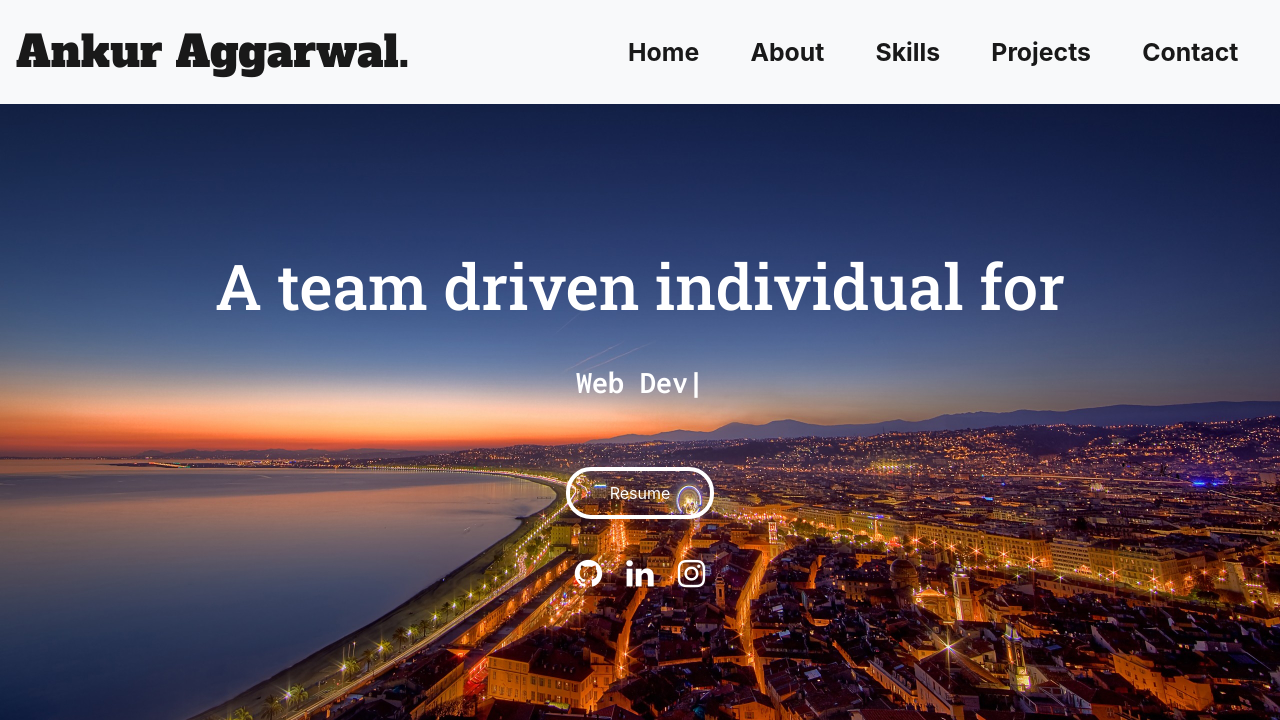
Repository: AnkurDevv/PersonalWebsite
Page: index.html
The author's editor kept a copy of each file at every save. The page is drawn from the files as they stood at one save, then again after the next save.
The browser window is 1280 px wide. The pictures show the whole page.
Some web fonts or font styles are not loaded; a fallback is used.

Above is the page before, as saved 2020-09-13 16:14:01.

### index.html
<!DOCTYPE html>
<html>

<head>
  <meta charset="utf-8">
  <meta http-equiv="X-UA-Compatible" content="IE=edge">
  <title>Ankur Aggarwal</title>
  <meta name="description" content="">
  <meta name="viewport" content="width=device-width, initial-scale=1">
  <!-- FONT AWESOME FOR SOCIAL MEDIA ICONS -->
  <link rel="stylesheet" href="https://cdnjs.cloudflare.com/ajax/libs/font-awesome/4.7.0/css/font-awesome.min.css">
  <!-- Importing Bootstrap here -->
  <link rel="stylesheet" href="https://stackpath.bootstrapcdn.com/bootstrap/4.4.1/css/bootstrap.min.css"
    integrity="sha384-Vkoo8x4CGsO3+Hhxv8T/Q5PaXtkKtu6ug5TOeNV6gBiFeWPGFN9MuhOf23Q9Ifjh" crossorigin="anonymous">
  <!--CUSTOM CSS FOR THE PAGE  -->
  <link rel="stylesheet" href="./style/index.css">
  <!-- FOR COOL ANIMATION EFFECTS -->
  <link rel="stylesheet" href="./style/animate.css">
  <!-- FOR COOL TYPING EFFECTS -->
  <script src="https://cdn.jsdelivr.net/npm/typed.js@2.0.11"></script>
  <!-- FOR GOOGLE FONTS - START -->
  <!-- for main heading -->
  <link
    href="https://fonts.googleapis.com/css2?family=Merienda:wght@700&family=Pacifico&family=Roboto&family=Roboto+Slab:wght@500&display=swap"
    rel="stylesheet">
  <!-- For Sub heading -->
  <link
    href="https://fonts.googleapis.com/css2?family=Inconsolata:wght@700&family=Merienda:wght@700&family=Pacifico&family=Roboto&family=Roboto+Slab:wght@500&display=swap"
    rel="stylesheet">
  <!-- For Navbar Logo -->
  <link href="https://fonts.googleapis.com/css2?family=Alfa+Slab+One&display=swap" rel="stylesheet">
  <!-- FOR GOOGLE FONTS - END -->
</head>

<body>
  <header>
    <nav class="navbar navbar-expand-lg navbar-light bg-light">
      <a class="navbar-brand" id="Brand-logo">Ankur Aggarwal.</a>
      <button class="navbar-toggler" type="button" data-toggle="collapse" data-target="#navbarNav"
        aria-controls="navbarNav" aria-expanded="false" aria-label="Toggle navigation">
        <span class="navbar-toggler-icon"></span>
      </button>
      <div class="collapse navbar-collapse" id="navbarNav">
        <ul class="navbar-nav">
          <li class="nav-item active">
            <a class="nav-link" href="#">Home</a>
          </li>
          <li class="nav-item active">
            <a class="nav-link" href="#">About</a>
          </li>
          <!-- <li class="nav-item active">
            <a class="nav-link" href="#">Why Me?</a>
          </li> -->
          <li class="nav-item active">
            <a class="nav-link" href="#">Skills</a>
          </li>
          <li class="nav-item active">
            <a class="nav-link" href="#">Projects</a>
          </li>
          <li class="nav-item active">
            <a class="nav-link" href="#">Contact</a>
          </li>
        </ul>
      </div>
    </nav>


    <!-- FIRST IMPRESSION SECTION - START -->
    <section class="first-impression-section">
      <div class="row first-impression-row">
        <h1 class="text-center animated fadeInDown" id="MainNameHeading">A team driven individual for
        </h1>
      </div>
      <div class="row">
        <h3 id="MainSubHeading">
          <span id="typed" style="white-space:pre;"></span>
          <!-- <span class="typed-cursor typed-cursor--blink">|</span> -->
        </h3>
      </div>

      <!-- RESUME BUTTON - START -->
      <div class="row" id="ResumeDiv">
        <a type="button" href="https://drive.google.com/file/d/129eEq26ATzqey1-hpHnRXs40bzbBVkSX/view?usp=sharing"
          target="blank" class="btn btn-primary" id="ResumeBtn">Resume</a>
      </div>
      <!-- RESUME BUTTON - END -->

      <!-- SOCIAL LINKS -->
      <div class="socialLinksDiv">
        <!-- github link -->
        <a href="https://github.com/AnkurDevv" target="blank" class="social-link"><i
            class="fa fa-github fa-2x text-white"></i></a>
        <!-- linkedin link -->
        <a href="https://www.linkedin.com/in/ankur-aggarwal2112/" target="blank" class="social-link"><i
            class="fa fa-linkedin fa-2x text-white"></i></a>
        <!-- instagram link -->
        <a href="https://www.instagram.com/ankur_2112/?hl=en" target="blank" class="social-link"><i
            class="fa fa-instagram fa-2x text-white"></i></a>
      </div>

    </section>
    <!-- FIRST IMPRESSION SECTION - END -->


  </header>

  <script>
    // JS FOR COOL TYPING EFFECT USING TYPE.JS -  START
    var options = {
      strings: ['Web Development.', 'Software Engineering.', 'Product Development.'],
      typeSpeed: 100,
      loop: true,
      backDelay: 800,
      backSpeed: 80,
      startDelay: 1000,
    };
    var typed = new Typed('#typed', options);
// JS FOR COOL TYPING EFFECT USING TYPE.JS -  END
  </script>

  <!-- NECESSARY JS FOR BOOTSTRAP - START -->
  <script src="https://code.jquery.com/jquery-3.4.1.slim.min.js"
    integrity="sha384-J6qa4849blE2+poT4WnyKhv5vZF5SrPo0iEjwBvKU7imGFAV0wwj1yYfoRSJoZ+n"
    crossorigin="anonymous"></script>
  <script src="https://cdn.jsdelivr.net/npm/popper.js@1.16.0/dist/umd/popper.min.js"
    integrity="sha384-Q6E9RHvbIyZFJoft+2mJbHaEWldlvI9IOYy5n3zV9zzTtmI3UksdQRVvoxMfooAo"
    crossorigin="anonymous"></script>
  <script src="https://stackpath.bootstrapcdn.com/bootstrap/4.4.1/js/bootstrap.min.js"
    integrity="sha384-wfSDF2E50Y2D1uUdj0O3uMBJnjuUD4Ih7YwaYd1iqfktj0Uod8GCExl3Og8ifwB6"
    crossorigin="anonymous"></script>
  <!-- NECESSARY JS FOR BOOTSTRAP - END -->

  <!-- ADDING JQUERY - START -->
  <script src="https://ajax.googleapis.com/ajax/libs/jquery/3.5.1/jquery.min.js"></script>
  <!-- ADDING JQUERY - END -->

  <!-- CUSTOM JS FOR THE PAGE - START  -->
  <script src="index.js"></script>
  <!-- CUSTOM JS FOR THE PAGE - END  -->
</body>

</html>

### style/index.css
body{
  margin-left: 0;
  margin-right: 0;
}

/* NAVBAR CSS - START */

#Brand-logo{
  font-family: 'Alfa Slab One', cursive;
  font-size: 270%;
}

.navbar-nav{
  margin-left: auto;
}

.nav-link{
  font-size: 155%;
  font-weight: 700;
  padding: 2vw!important;
}

@media only screen and (max-width: 992px) {
  .nav-link{
    text-align: center;
  }
}

@media only screen and (max-width: 600px) {

  #Brand-logo{
    font-size: 140%;
  }

  .navbar-nav{
    height: 100vh;
  }

  .nav-link{
    margin: 5vh auto;
  }

}

/* NAVBAR CSS - END */

/* FIRST IMPRESSION SECTION CSS - START */
header{
  height: 100vh; /* Takes 100% of the screen size */
  background-image:url(../images/city_top_view_promenade_evening_buildings_25438.jpg);
  -webkit-background-size: cover;
  background-position: center;
  overflow: hidden;
}

#MainNameHeading{
  margin: 0 auto;
  margin-top: 20vh;
  font-size: 395%;
  color: white;
  font-family: 'Roboto Slab', serif;
  padding-bottom: 3%;
}

#MainSubHeading{
  margin: 0 auto;
  color: white;
  text-align: -webkit-center;
  font-family: 'Inconsolata', monospace;
  font-size: xx-large;
}

#ResumeBtn{
  -webkit-appearance: button;
  -moz-appearance: button;
  appearance: button;
  margin: 5% auto;
  margin-bottom: 2%;
  padding: 10px 3%;
  background-color: transparent;
  border: 4px solid white;
  border-radius: 25px;
}

#ResumeBtn:hover{
  background-color: white;
  color: black;
  font-weight: 700;
  font-size: 130%;
}

.socialLinksDiv{
  display: flex;
  justify-content: center;
}

.social-link{
  margin: 12px;
}


@media only screen and (max-width: 600px) {
  #MainNameHeading{
    font-size: 300%;
    margin-top: 13vh;
  }
  #MainSubHeading{
    font-size: x-large;
  }
}
/* FIRST IMPRESSION SECTION CSS - ENDS */

### index.js
// CHANGING NAVBAR COLOR WHEN A USER HOVERS OVER A LINK
$(document).ready(function () {

  // makes nav transparent when user hovers on a link
  $(".nav-link").hover(function () {
    $('.navbar').addClass('bg-dark').removeClass('bg-light');
    $('#Brand-logo').css("color", "white");
    $('.nav-link').css("color", "white");
    $('.navbar-toggler').css("color", "white");
  });

  // makes nav non-transparent when user hovers on a link
  $(".navbar").mouseleave(function () {
    $('.navbar').addClass('bg-light').removeClass('bg-dark');
    $('#Brand-logo').css("color", "black");
    $('.nav-link').css("color", "black");
    $('.navbar-toggler').css("color", "black");
  });

});

Loaded but not shown: style/animate.css (library)

After the next save:
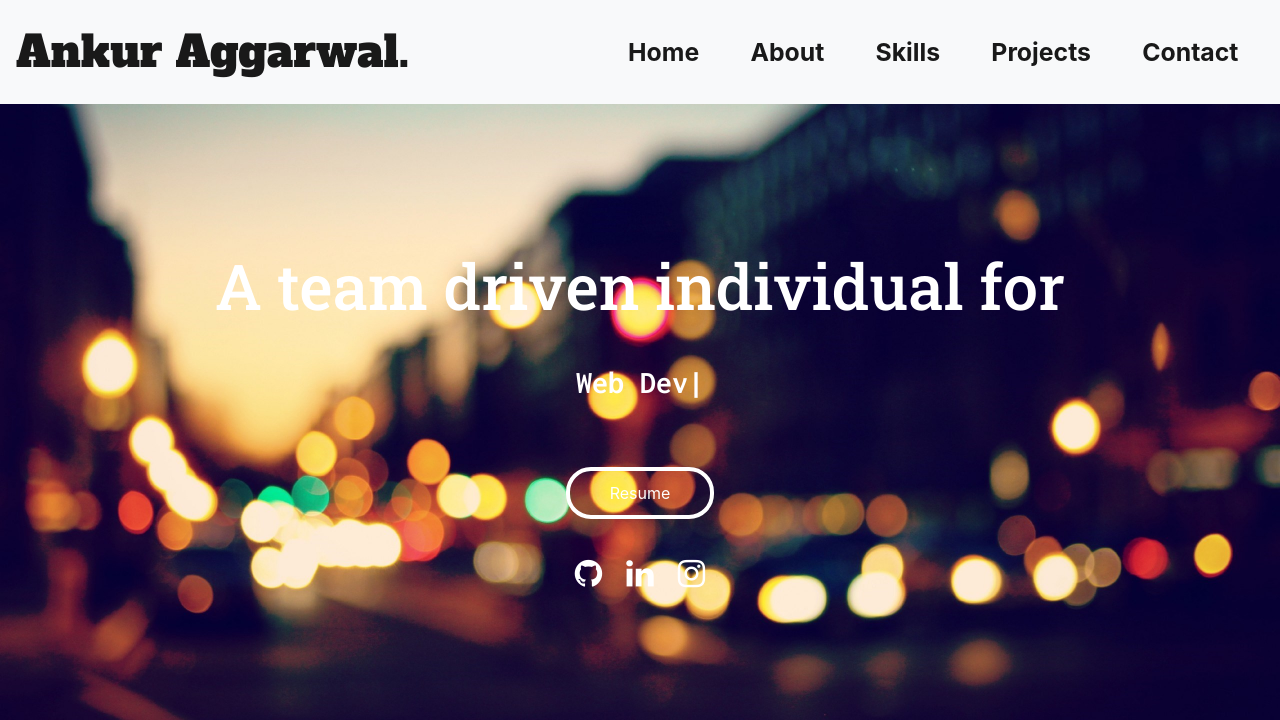
Saved 14 s later.
--- a/style/index.css
+++ b/style/index.css
@@ -47,7 +47,7 @@ body{
 /* FIRST IMPRESSION SECTION CSS - START */
 header{
   height: 100vh; /* Takes 100% of the screen size */
-  background-image:url(../images/city_top_view_promenade_evening_buildings_25438.jpg);
+  background-image:url(../images/431231.jpg);
   -webkit-background-size: cover;
   background-position: center;
   overflow: hidden;
